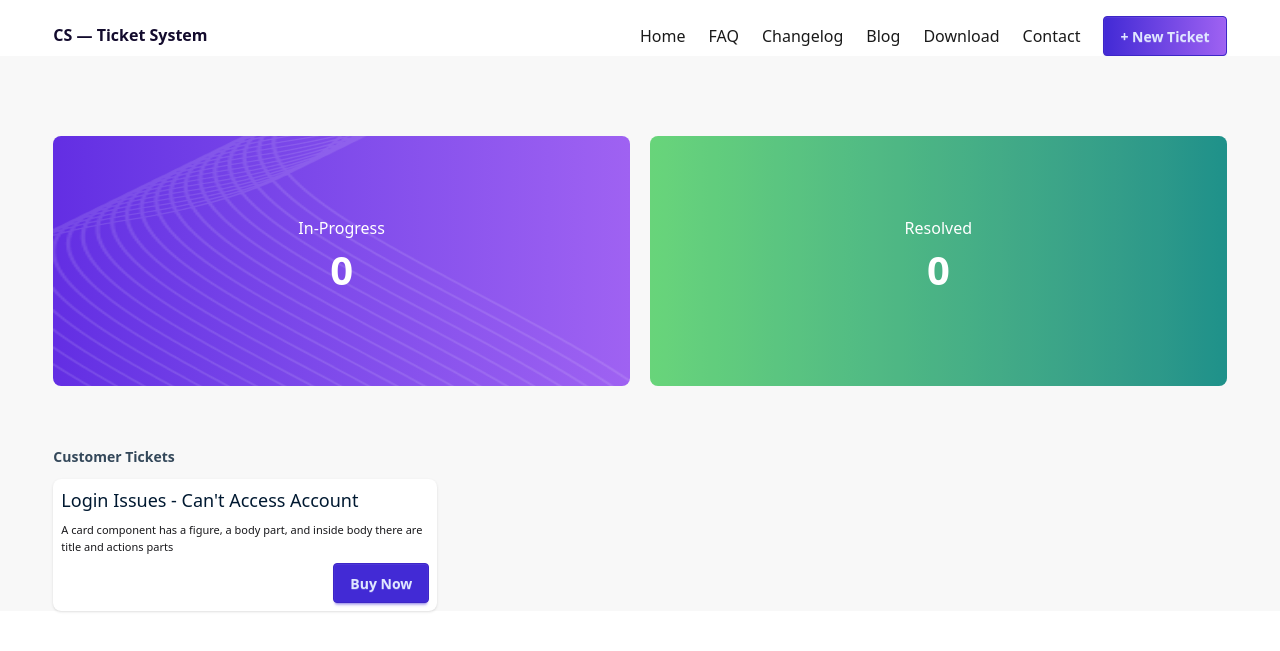
Repository: SanjidaSnigdha/Customer-Support-Zone
Page: /
These files come from the project's save history. The page is drawn as it stood at one moment and after the next save; the edit follows.
The browser window is 1280 px wide. The pictures show the whole page.
The project was rebuilt for these pictures with package versions that can differ from the ones it lists, and the page was loaded fresh each time. Also part of the build but not shown: vite.config.js, src/App.css.

Above is the page before, as saved 2026-03-24 03:27:07.

### index.html
<!doctype html>
<html lang="en">
  <head>
    <meta charset="UTF-8" />
    <link rel="icon" type="image/svg+xml" href="/favicon.svg" />
    <meta name="viewport" content="width=device-width, initial-scale=1.0" />
    <title>customer-support-zone</title>
  </head>
  <body>
    <div id="root"></div>
    <script type="module" src="/src/main.jsx"></script>
  </body>
</html>

### src/index.css
 @import "tailwindcss";
 @plugin "daisyui" {
  themes: light --default, dark --prefersdark;
  themes: light --default;
 }

### src/App.jsx
import { Suspense, useState } from 'react'
import './App.css'
import Navbar from './component/Navbar/Navbar'
import Banner from './component/Banner/Banner'
import CustomerTickets from './component/CustomerTickets/CustomerTickets'

const fetchTickets = async()=>{
  const res = await fetch("/customers.json")
  return res.json()
}

function App() {
  const customerPromise = fetchTickets()

  return (
    <>
    <div className='flex flex-col'>
   <Navbar></Navbar>
   <div className='flex-1 bg-base-200'>
    <Banner></Banner>
    <Suspense fallback={<span className="loading loading-spinner loading-xl"></span>
}>
          <CustomerTickets customerPromise={customerPromise}></CustomerTickets>

    </Suspense>
   </div>
   </div>

    </>
  )
}

export default App

### src/component/Navbar/Navbar.jsx
import React from 'react';

const Navbar = () => {
    return (
        <div className='flex justify-between w-11/12 mx-auto mt-4'>
            <div className='navbar-start'>
                <h1 className='w-[833px] h-[26px] font-bold text-[#130B2D]'>CS — Ticket System</h1>
            </div>
            <div className='navbar-end justify-between gap-3 text-[#000000]/90'>
                <a>Home</a>
                <a>FAQ</a>
                <a>Changelog</a>
                <a>Blog</a>
                <a>Download</a>
                <a>Contact</a>
         <button className='btn btn-primary bg-gradient-to-r from [#632EE3] to-[#9F62F2]'>+ New Ticket</button>
            </div>
        </div>
    );
};

export default Navbar;

### src/component/Banner/Banner.jsx
import React from 'react';
import vectorImg1 from '../../assets/vector1.png'
import vectorImg2 from '../../assets/vector2.png'

const Banner = () => {
    return (
        <div className='flex justify-between w-11/12 mx-auto mt-20 gap-5'>
            <div className='relative'>
             <img src={vectorImg1} alt="" className=' bg-gradient-to-r from-[#632EE3] to-[#9F62F2] w-[700px] h-[250px] rounded-[8px]'/>
             <p className='absolute text-center inset-20 text-[#FFFFFF]'>In-Progress<br /><span className='font-bold text-[#FFFFFF] text-[40px]'>
                0</span></p>

            </div>
            <div className='relative'>
      <img src={vectorImg2} alt="" className='bg-gradient-to-r from-[#54CF68] to-[#00827A] w-[700px] h-[250px] rounded-[8px]'/>
        <p className='absolute text-center inset-20 text-[#FFFFFF]'>Resolved<br /><span className='font-bold text-[#FFFFFF] text-[40px]'>
                0</span></p>

            </div>
        </div>
    );
};

export default Banner;

### src/component/CustomerTickets/CustomerTickets.jsx
import React, { use } from 'react';
const CustomerTickets = ({customerPromise}) => {
    const customerTicket = use(customerPromise)
    console.log(customerTicket)
    return (
        <div className='w-11/12 mx-auto'>
        <h1 className='font-semibold text-[#34485A] text-[14px] mt-15'>Customer Tickets</h1>

       <div className="card w-96 bg-base-100 card-xs shadow-sm mt-3">
  <div className="card-body">
    <h2 className="card-title text-[#001931] font-medium text-[18px]">Login Issues - Can't Access Account</h2>
    <p>A card component has a figure, a body part, and inside body there are title and actions parts</p>
    <div className="justify-end card-actions">
      <button className="btn btn-primary">Buy Now</button>
    </div>
  </div>
</div>
        </div>
    );
};

export default CustomerTickets;

### public/customers.json
[
  {
    "id": 1,
    "title": "Login Issue",
    "description": "Customer unable to login with correct credentials.",
    "customer": "Alice Johnson",
    "priority": "High",
    "status": "Open",
    "createdAt": "2026-03-20T10:15:00Z"
  },
  {
    "id": 2,
    "title": "Payment Failure",
    "description": "Transaction failed while trying to purchase subscription.",
    "customer": "Bob Smith",
    "priority": "High",
    "status": "Pending",
    "createdAt": "2026-03-21T14:22:00Z"
  },
  {
    "id": 3,
    "title": "Feature Request",
    "description": "Request to add dark mode in dashboard.",
    "customer": "Charlie Brown",
    "priority": "Medium",
    "status": "Open",
    "createdAt": "2026-03-22T09:30:00Z"
  },
  {
    "id": 4,
    "title": "Bug in Reports",
    "description": "Monthly report shows incorrect sales numbers.",
    "customer": "Diana Prince",
    "priority": "High",
    "status": "In Progress",
    "createdAt": "2026-03-22T11:45:00Z"
  },
  {
    "id": 5,
    "title": "Password Reset",
    "description": "Customer forgot password and cannot reset it via email.",
    "customer": "Ethan Hunt",
    "priority": "Medium",
    "status": "Resolved",
    "createdAt": "2026-03-23T08:10:00Z"
  },
  {
    "id": 6,
    "title": "Account Deactivation",
    "description": "Customer wants to deactivate account permanently.",
    "customer": "Fiona Gallagher",
    "priority": "Low",
    "status": "Pending",
    "createdAt": "2026-03-23T12:05:00Z"
  },
  {
    "id": 7,
    "title": "App Crash",
    "description": "Mobile app crashes when opening settings page.",
    "customer": "George Martin",
    "priority": "High",
    "status": "Open",
    "createdAt": "2026-03-24T07:50:00Z"
  },
  {
    "id": 8,
    "title": "Invoice Issue",
    "description": "Invoice generated shows wrong billing amount.",
    "customer": "Hannah Lee",
    "priority": "Medium",
    "status": "In Progress",
    "createdAt": "2026-03-24T09:30:00Z"
  },
  {
    "id": 9,
    "title": "Email Notifications",
    "description": "Customer not receiving notification emails.",
    "customer": "Ian Curtis",
    "priority": "Medium",
    "status": "Open",
    "createdAt": "2026-03-24T10:00:00Z"
  },
  {
    "id": 10,
    "title": "Data Export",
    "description": "Unable to export CSV from analytics dashboard.",
    "customer": "Jessica Alba",
    "priority": "Low",
    "status": "Resolved",
    "createdAt": "2026-03-24T11:15:00Z"
  }
]

Loaded but not shown: src/main.jsx (common file)

After the next save:
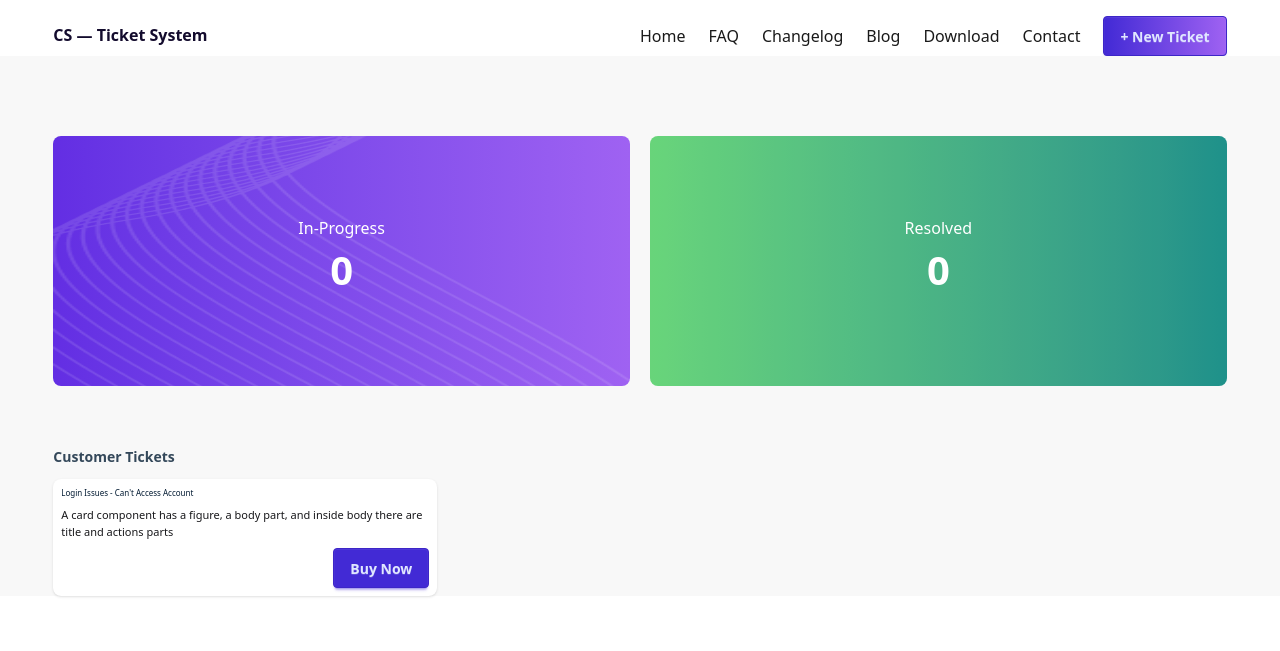
Saved 9 s later.
--- a/src/component/CustomerTickets/CustomerTickets.jsx
+++ b/src/component/CustomerTickets/CustomerTickets.jsx
@@ -8,7 +8,7 @@ const CustomerTickets = ({customerPromise}) => {
 
        <div className="card w-96 bg-base-100 card-xs shadow-sm mt-3">
   <div className="card-body">
-    <h2 className="card-title text-[#001931] font-medium text-[18px]">Login Issues - Can't Access Account</h2>
+    <h2 className="card-title text-[#001931] font-medium text-[8px]">Login Issues - Can't Access Account</h2>
     <p>A card component has a figure, a body part, and inside body there are title and actions parts</p>
     <div className="justify-end card-actions">
       <button className="btn btn-primary">Buy Now</button>
